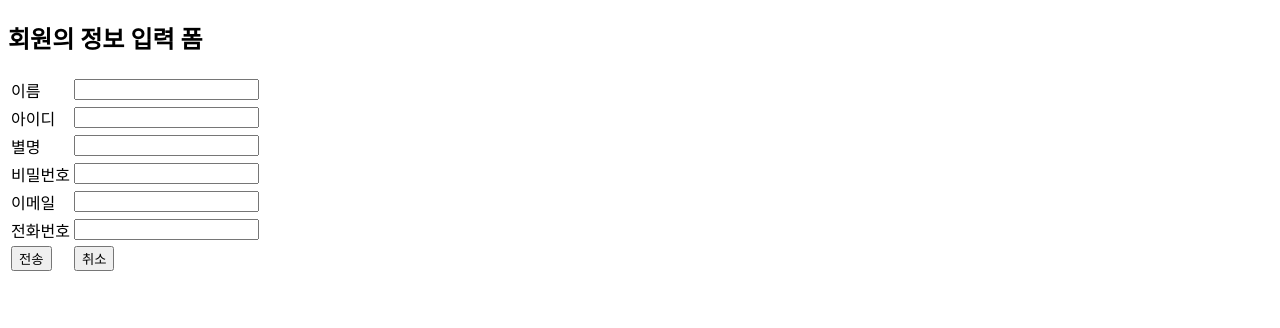
Repository: yjeongyjeong/jsp
Page: http://localhost/web-study-06/03_addMemberForm.jsp
An editor plug-in stored every save of this project. The page is shown before and after the next save, followed by the edit.
The browser window is 1280 px wide. The pictures show the whole page.
The page is served by Tomcat 9. Other server files are loaded and not shown.

Above is the page before, as saved 2023-10-12 01:15:09.

### web-study-06/src/main/webapp/03_addMemberForm.jsp
<%@ page language="java" contentType="text/html; charset=UTF-8"
    pageEncoding="UTF-8"%>
<!DOCTYPE html>
<html>
<head>
<meta charset="UTF-8">
<title>Insert title here</title>
</head>
<body>
	<h2>회원의 정보 입력 폼</h2>
	<form action="02_addMember.jsp" method="post">
		<table>
			<tr>
				<td>이름</td>
				<td><input type="text" name="name" size=20></td>
			</tr>
			<tr>
				<td>아이디</td>
				<td><input type="text" name="name" size=20></td>
			</tr>
			<tr>
				<td>별명</td>
				<td><input type="text" name="name" size=20></td>
			</tr>
			<tr>
				<td>비밀번호</td>
				<td><input type="password" name="name" size=20></td>
			</tr>
			<tr>
				<td>이메일</td>
				<td><input type="email" name="name" size=20></td>
			</tr>
			<tr>
				<td>전화번호</td>
				<td><input type="text" name="name" size=20></td>
			</tr>

			<tr>
				<td><input type="submit" value="전송"></td>
				<td><input type="submit" value="취소"></td>
			</tr>
		</table>
	</form>
</body>
</html>

After the next save:
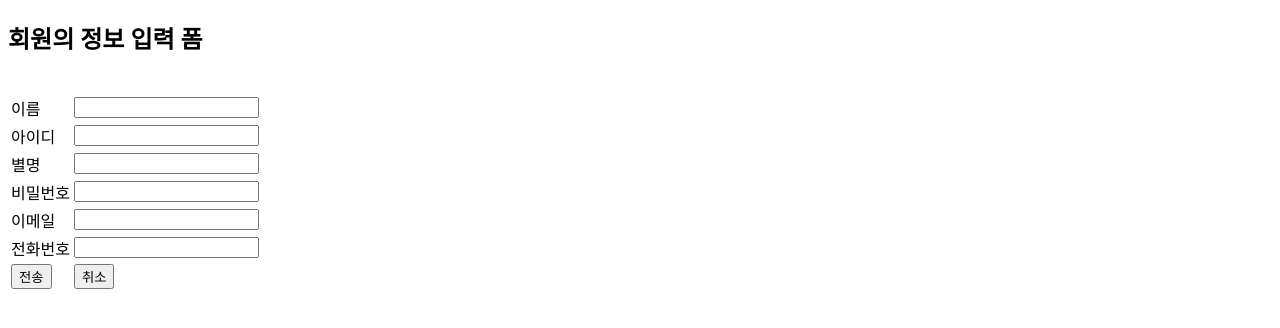
Saved 10 s later.
--- a/web-study-06/src/main/webapp/03_addMemberForm.jsp
+++ b/web-study-06/src/main/webapp/03_addMemberForm.jsp
@@ -36,7 +36,7 @@
 			</tr>
 
 			<tr>
-				<td><input type="submit" value="전송"></td>
+				<br><td><input type="submit" value="전송"></td>
 				<td><input type="submit" value="취소"></td>
 			</tr>
 		</table>

After the save that followed:
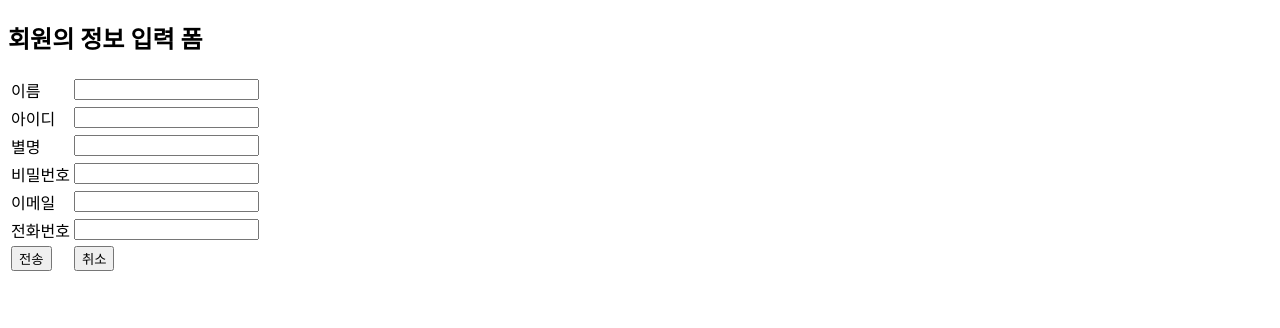
Saved 5 s later.
--- a/web-study-06/src/main/webapp/03_addMemberForm.jsp
+++ b/web-study-06/src/main/webapp/03_addMemberForm.jsp
@@ -36,7 +36,7 @@
 			</tr>
 
 			<tr>
-				<br><td><input type="submit" value="전송"></td>
+				<td><input type="submit" value="전송"></td>
 				<td><input type="submit" value="취소"></td>
 			</tr>
 		</table>
